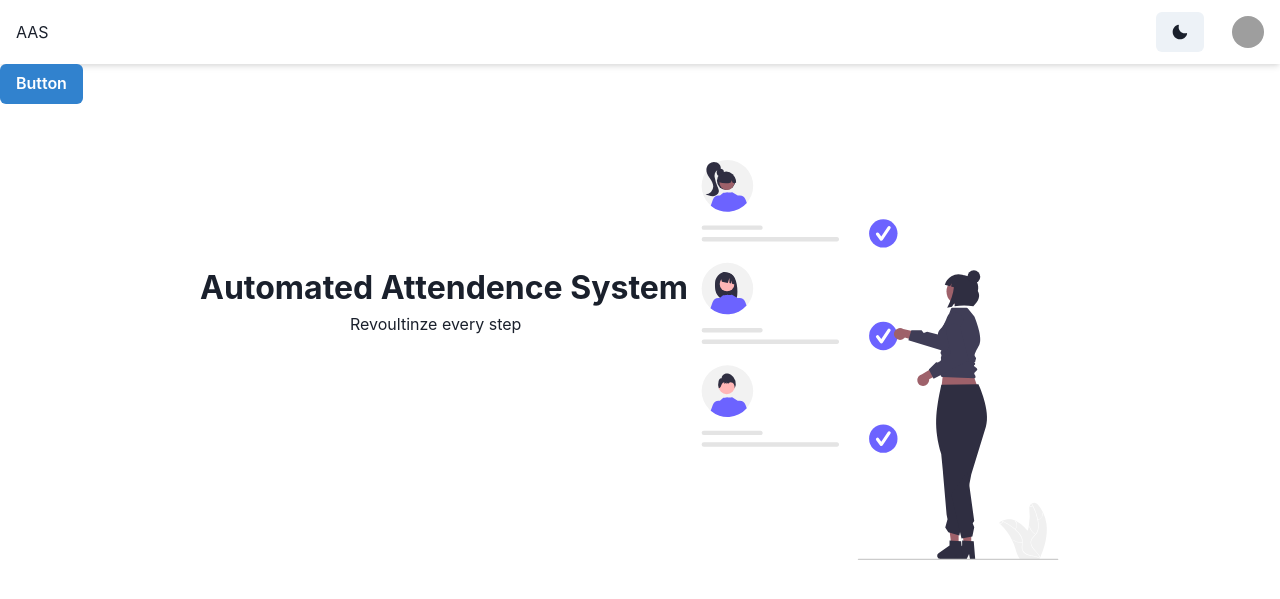
Repository: shash0708/attendence
Page: /
An editor plug-in stored every save of this project. The page is shown before and after the next save, followed by the edit.
The browser window is 1280 px wide. The pictures show the whole page.
Pictures or frames that could not be fetched are drawn as grey boxes. The project was rebuilt for these pictures with package versions that can differ from the ones it lists, and the page was loaded fresh each time. Also part of the build but not shown: src/App.css, src/components/Login/Login.component.jsx, src/components/Signup/Signup.component.jsx, src/routes/Authentication/Authentication.component.jsx.

Above is the page before, as saved 2024-04-06 20:43:57.

### src/index.js
import React from 'react';
import ReactDOM from 'react-dom/client';
import './index.css';
import App from './App';
import reportWebVitals from './reportWebVitals';
import { BrowserRouter } from 'react-router-dom';
import { ChakraProvider } from '@chakra-ui/react'

const root = ReactDOM.createRoot(document.getElementById('root'));
root.render(
  <React.StrictMode>
  <BrowserRouter>
<ChakraProvider>
    <App />
    </ChakraProvider>
    </BrowserRouter>

  </React.StrictMode>
);

// If you want to start measuring performance in your app, pass a function
// to log results (for example: reportWebVitals(console.log))
// or send to an analytics endpoint. Learn more: https://bit.ly/CRA-vitals
reportWebVitals();

### src/App.js
import './App.css';
import Home from './routes/Home/Home.component.jsx'
import { Routes,Route} from 'react-router-dom';
import Authentication from './routes/Authentication/Authentication.component';

function App() {
  return (
    <Routes>
    <Route index element={<Home/>}/>

    <Route path='auth' element={<Authentication/>}/>

    </Routes>
  );
}

export default App;

### src/routes/Home/Home.component.jsx
import React from 'react'
import { Outlet } from 'react-router-dom';
import Nav from '../../components/Navbar/Navbar.component';
import HomeProp from '../../components/homeProp/HomeProp.component';
const Home  = () => {
  return (
    <div>
       <Nav/>
       <HomeProp />
       <Outlet/>
    </div>
  )
}

export  default Home;

### client/src/components/Navbar/Navbar.component.jsx
'use client'

import {
  Box,
  Flex,
  Avatar,
  Text,
  Button,
  Menu,
  MenuButton,
  MenuList,
  MenuItem,
  MenuDivider,
  useDisclosure,
  useColorModeValue,
  Stack,
  useColorMode,
  Center,
} from '@chakra-ui/react'
import { MoonIcon, SunIcon } from '@chakra-ui/icons'
import { Link, Outlet } from 'react-router-dom';

const NavLink = (props) => {
  const { children } = props

  return (
    <Box
      as="a"
      px={2}
      py={1}
      rounded={'md'}
      _hover={{
        textDecoration: 'none',
        bg: useColorModeValue('gray.200', 'gray.700'),
      }}
      href={'#'}>
      {children}
    </Box>
  )
}

export default function Nav() {
  const { colorMode, toggleColorMode } = useColorMode();
  const { isOpen, onOpen, onClose } = useDisclosure();
  return (
    <div>
      <Box

        px={4}
        shadow="md"
        style={{ backdropFilter: 'blur(10px)' }} // Adds blur effect to the background
      >
        <Flex h={16} alignItems={'center'} justifyContent={'space-between'}>
          <Box>
          <Link to="/">AAS</Link>

          </Box>

          <Flex alignItems={'center'}>
            <Stack direction={'row'} spacing={7}>
              <Button onClick={toggleColorMode}>
                {colorMode === 'light' ? <MoonIcon /> : <SunIcon />}
              </Button>

              <Menu>
                <MenuButton
                  as={Button}
                  rounded={'full'}
                  variant={'link'}
                  cursor={'pointer'}
                  minW={0}>
                  <Avatar
                    size={'sm'}
                    src={'https://avatars.dicebear.com/api/male/username.svg'}
                  />
                </MenuButton>
                <MenuList alignItems={'center'} shadow="lg">
                  <br />
                  <Center>
                    <Avatar
                      size={'2xl'}
                      src={'https://avatars.dicebear.com/api/male/username.svg'}
                    />
                  </Center>
                  <br />
                  <Center>
                    <p>Username</p>
                  </Center>
                  <br />
                  <MenuDivider />
                  <MenuItem>Your Servers</MenuItem>
                  <MenuItem>Account Settings</MenuItem>
                  <MenuItem>Logout</MenuItem>
                </MenuList>
              </Menu>
            </Stack>
          </Flex>
        </Flex>
      </Box>
      <Outlet />
    </div>
  );
}

### src/components/homeProp/HomeProp.component.jsx
import React, { Fragment } from 'react'
import { ReactComponent as HomeLogo } from '../../assests/home.svg'
import ButtonProp from '../Button/Button.component'
import './HomeProp.styles.scss';
const HomeProp= () => {
  return (
    <Fragment>
<div className='text-container'>
    <h1>Automated Attendence  System</h1>

    </div>
    <div className='revolutionze'>
    <p>Revoultinze every step</p>
    </div>
    <div className='button-prop'>
    <ButtonProp/>
        </div>

      <HomeLogo className='home-prop'/>
    </Fragment>
  )
}

export default HomeProp;

### src/components/Button/Button.component.jsx
import { Button, ButtonGroup } from '@chakra-ui/react'

import React from 'react'

const ButtonProp = () => {
  return (
    <div>
    <Button colorScheme='blue'>Button</Button>
    </div>
  )
}

export default ButtonProp;

### src/components/homeProp/HomeProp.styles.scss
// Use variables to style your logo
.home-prop{
  width: 1000px;
  height: 400px;  // Add other styling properties as needed
  position: fixed;
  top: 50%; // Adjust as needed
  right: -100px; // Adjust as needed
  transform: translateY(-50%);
}

.text-container{
  font-size: xx-large;
  font-weight: bolder;
  position: fixed;
  top: 40%; // Adjust as needed
  left: 200px; // Adjust as needed
  transform: translateY(-50%);

}


.revolutionze{
  font-size: medium;
  position: fixed;
  top: 45%; // Adjust as needed
  left: 350px; // Adjust as needed
  transform: translateY(-50%);
}

.button-prop{

}

Loaded but not shown: public/index.html (common file); src/index.css (common file); src/reportWebVitals.js (common file)

After the next save:
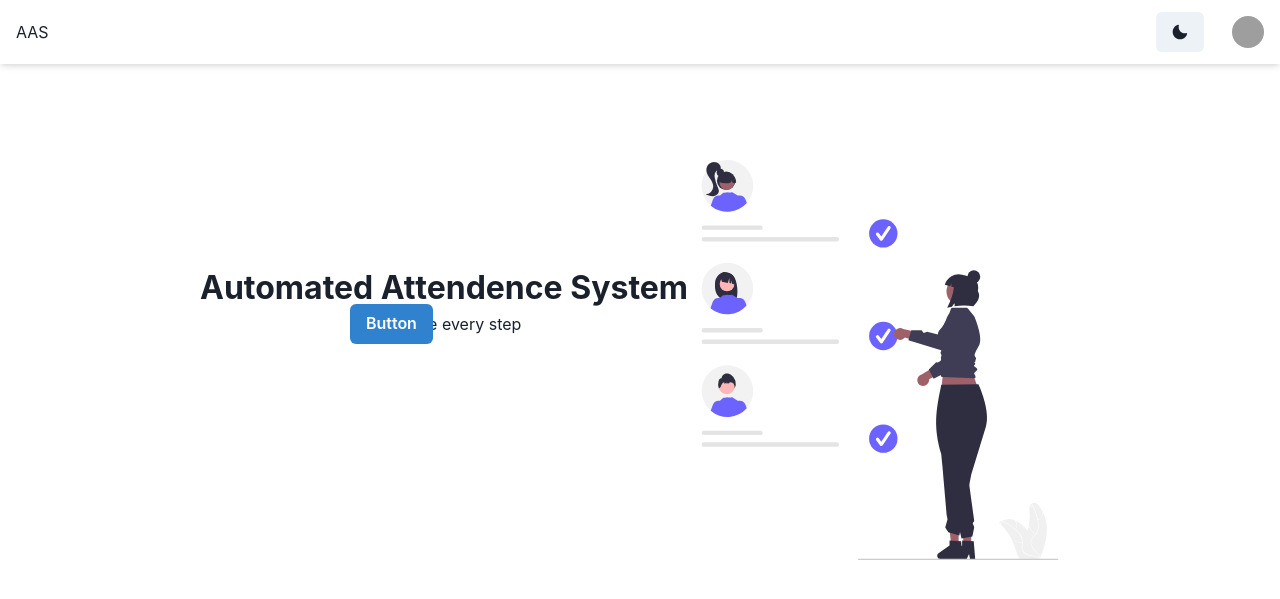
Saved 5 s later.
--- a/src/components/homeProp/HomeProp.styles.scss
+++ b/src/components/homeProp/HomeProp.styles.scss
@@ -28,5 +28,9 @@
 }
 
 .button-prop{
-
+  font-size: medium;
+  position: fixed;
+  top: 45%; // Adjust as needed
+  left: 350px; // Adjust as needed
+  transform: translateY(-50%);
 }
